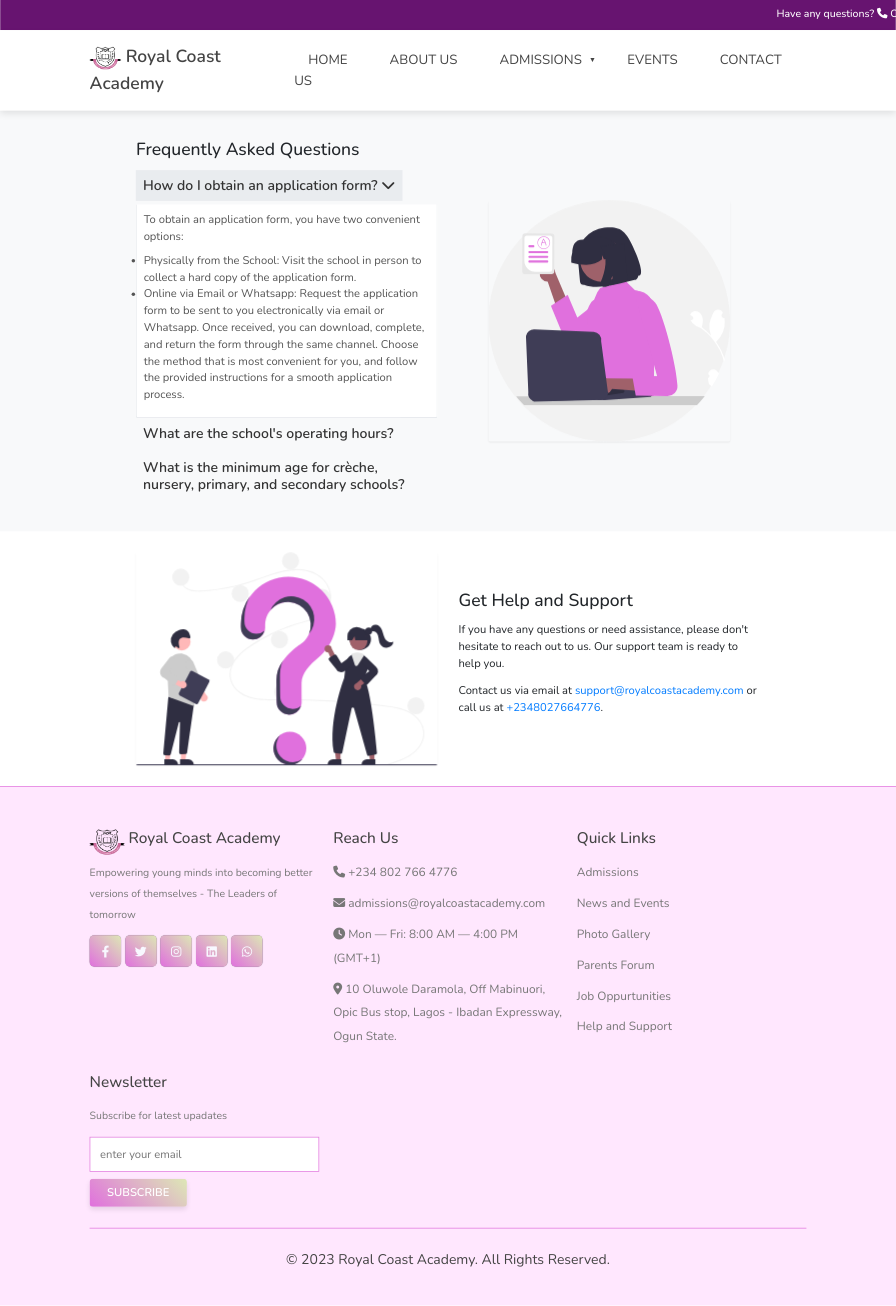
Repository: AdeniranZion/RC-Academy
Page: http://localhost/faq.php
These files come from the project's save history. The page is drawn as it stood at one moment and after the next save; the edit follows.
The browser window is 1280 px wide. The pictures show the whole page, at 70% of full size.
Some web libraries are served in a nearby version. The page is run by PHP 8.4 with error messages shown; the project is at /var/www/html/.

Above is the page before, as saved 2024-06-24 07:12:24.
Console error: TypeError: Cannot set properties of null (setting 'onclick')

### faq.php
<?php include_once "partials/header.php"; ?>

<style>
    /* Style for Accordion Headers */
    .accordion-button {
        background-color: #f8f9fa; /* Background color of accordion headers */
        color: #333; /* Text color of accordion headers */
        border: none; /* Remove default border */
        border-radius: 0; /* Ensure no rounded corners */
        padding: 1rem; /* Padding around accordion button */
        text-align: left; /* Align text to the left */
        font-weight: 600; /* Bold font weight */
        transition: background-color 0.3s ease; /* Smooth transition for background color */
    }

    .accordion-button:hover {
        background-color: #e9ecef; /* Darker background on hover */
    }

    /* Style for Accordion Body */
    .accordion-body {
        background-color: #fff; /* Background color of accordion body */
        color: #555; /* Text color of accordion body */
        padding: 1rem; /* Padding inside accordion body */
        border: 1px solid #dee2e6; /* Border around accordion body */
        border-top: none; /* No top border */
        border-radius: 0 0 0.25rem 0.25rem; /* Rounded corners at the bottom */
    }

    /* Style for Active Accordion Button */
    .accordion-button:not(.collapsed) {
        background-color: #e9ecef; /* Background color when accordion is active */
    }
</style>


<section class="faq-section py-5 bg-light">
    <div class="container">
        <div class="row align-items-center">
            <div class="col-lg-6" data-aos="fade-right" style="margin: 10px 0;">
                <div class="faq-content">
                    <h1 class="mb-4 fw-bold">Frequently Asked Questions</h1>

                    <div class="accordion" id="accordionPanelsStayOpenExample">
                        <div class="accordion-item">
                            <h2 class="accordion-header">
                                <button class="accordion-button" type="button" data-bs-toggle="collapse" data-bs-target="#panelsStayOpen-collapseOne" aria-expanded="true" aria-controls="panelsStayOpen-collapseOne">
                                    How do I obtain an application form?
                                    <i class="fa-solid fa-chevron-down"></i>
                                </button>
                            </h2>
                            <div id="panelsStayOpen-collapseOne" class="accordion-collapse collapse show">
                                <div class="accordion-body">
                                    <p>To obtain an application form, you have two convenient options:</p>
                                    <ul>
                                        <li>Physically from the School: Visit the school in person to collect a hard copy of the application form.</li>
                                        <li>Online via Email or Whatsapp: Request the application form to be sent to you electronically via email or Whatsapp. Once received, you can download, complete, and return the form through the same channel. Choose the method that is most convenient for you, and follow the provided instructions for a smooth application process.</li>
                                    </ul>
                                </div>
                            </div>
                        </div>

                        <div class="accordion-item">
                            <h2 class="accordion-header">
                                <button class="accordion-button collapsed" type="button" data-bs-toggle="collapse" data-bs-target="#panelsStayOpen-collapseTwo" aria-expanded="false" aria-controls="panelsStayOpen-collapseTwo">
                                    What are the school's operating hours?
                                </button>
                            </h2>
                            <div id="panelsStayOpen-collapseTwo" class="accordion-collapse collapse">
                                <div class="accordion-body">
                                    <p>Our school operates from Monday to Friday, 8:00 AM to 4:00 PM.</p>
                                </div>
                            </div>
                        </div>

                        <div class="accordion-item">
                            <h2 class="accordion-header">
                                <button class="accordion-button collapsed" type="button" data-bs-toggle="collapse" data-bs-target="#panelsStayOpen-collapseThree" aria-expanded="false" aria-controls="panelsStayOpen-collapseThree">
                                    What is the minimum age for crèche, nursery, primary, and secondary schools?
                                </button>
                            </h2>
                            <div id="panelsStayOpen-collapseThree" class="accordion-collapse collapse">
                                <div class="accordion-body">
                                    <p>At our nursery level, children are admitted into Pre-K 1 from 15 months old, while those of Reception 1 are admitted from age 3. Year 1 pupils are admitted from age 5 or 6. For our secondary schools, prospective learners are expected to have completed year six or at least attained the age of 10 in year 5.</p>
                                    <p>Please Note: We do not admit pupils and students into Years 6, 9, and 12, as these are terminal classes. However, exceptions apply for applicants emigrating from outside Nigeria OR Lagos state (with proof).</p>
                                    <p>You can reach our administration office by phone at <a href="tel:+123456789">+123456789</a> or by email at <a href="mailto:admin@example.com">admin@example.com</a>.</p>
                                </div>
                            </div>
                        </div>
                    </div>
                </div>
            </div>

            <div class="col-lg-6" data-aos="fade-left" data-aos-duration="1100">
                <div class="support-illustration text-center">
                    <img src="images/undraw_teacher_re_sico.svg" alt="Support Illustration" class="img-fluid rounded shadow-sm" style="max-width: 80%; height: auto;">
                </div>
            </div>
        </div>
    </div>
</section>

<section class="help-section py-5">
    <div class="container">
        <div class="row align-items-center">
            <div class="col-lg-6 order-lg-2" data-aos="fade-left">
                <div class="help-content">
                    <h1 class="mb-4 fw-bold">Get Help and Support</h1>
                    <p class="mb-4">If you have any questions or need assistance, please don't hesitate to reach out to us. Our support team is ready to help you.</p>
                    <p class="mb-4">Contact us via email at <a href="mailto:yemideniran@gmail.com">support@royalcoastacademy.com</a> or call us at <a href="tel:+123456789">+2348027664776</a>.</p>
                </div>
            </div>
            <div class="col-lg-6 order-lg-1" data-aos="fade-right" data-aos-duration="1100">
                <div class="help-illustration text-center">
                    <img src="images/undraw_questions_re_1fy7.svg" alt="Help Illustration" class="img-fluid rounded shadow-sm">
                </div>
            </div>
        </div>
    </div>
</section>

<?php include_once "partials/footer.php"; ?>

<!-- Bootstrap Bundle with Popper.js for Bootstrap 5 Accordion -->
<script src="https://cdn.jsdelivr.net/npm/@popperjs/core@2.11.6/dist/umd/popper.min.js"></script>
<script src="https://cdn.jsdelivr.net/npm/bootstrap@5.3.0/dist/js/bootstrap.bundle.min.js"></script>

<!-- Initialize AOS -->
<script>
    AOS.init();
</script>

### partials/header.php
 <!--HTML BEGINS-->
<!doctype html>
<html lang="en">
  <head>

  <script src="https://cdn.jsdelivr.net/npm/aos@2.3.4/dist/aos.js"></script>
  <link rel="stylesheet" href="https://cdn.jsdelivr.net/npm/aos@2.3.4/dist/aos.css">
<link rel="stylesheet" href="css/qlstyle.css">
<link rel="stylesheet" href="https://cdn.jsdelivr.net/npm/bootstrap@4.5.3/dist/css/bootstrap.min.css" integrity="sha384-TX8t27EcRE3e/ihU7zmQxVncDAy5uIKz4rEkgIXeMed4M0jlfIDPvg6uqKI2xXr2" crossorigin="anonymous">
<link rel="stylesheet" href="https://cdn.jsdelivr.net/npm/bootstrap-icons@1.11.3/font/bootstrap-icons.min.css">
<link rel="stylesheet" href="https://cdnjs.cloudflare.com/ajax/libs/font-awesome/6.3.0/css/all.min.css">
<link rel="stylesheet" href="https://unpkg.com/swiper@7/swiper-bundle.min.css">


  <title>Royal Coast Academy</title>
    <!-- Required meta tags -->
    <meta charset="UTF-8">
   <meta http-equiv="X-UA-Compatible" content="IE=edge">
   <meta name="viewport" content="width=device-width, initial-scale=1.0">



   <!-- swiper css link  -->
   <link rel="stylesheet" href="https://unpkg.com/swiper@7/swiper-bundle.min.css" />
   <link rel="stylesheet" href="https://fontawesome.com/icons/phone?s=solid&f=classic" />

   <!-- custom css file link  -->
   <link rel="stylesheet" href="css/style.css">
   <link rel="stylesheet" href="css/aos.css">



<!-- //Go to top Button -->
<button onclick="topFunction()" class="top-btn" id="myBtn" title="Go to top"><img width="50%" src="images/chevron_up1.png" alt=""></button>
</head>

<body>


<!-- header section starts  -->
<div class="scroll-div">
    <div class="scroll-wrapper">
      <div class="scroll-text">
        <h1>Have any questions? <i class="fa-solid fa-phone"></i> Call us on +2348027664776 +2347059695895 +2349030009521 <i class="fa-solid fa-envelope"></i> royalcoastacademy@gmail.com or <i class="fa-solid fa-location-dot"></i> Visit us @ 10 Oluwole Daramola Crescent, Isheri Oke 102109, Ojodu Berger, Ogun State.</h1>
      </div>
    </div>
  </div>



<header class="header">


   <a href="#" class="logo">
      <img src="images/RCALogo.png" width="45" alt="Royal Coast Academy Logo">
      Royal Coast Academy
   </a>


   <nav class="navbar">

         <div id="close-navbar" class="fa-sharp fa-solid fa-xmark"></div>

         <?php
            $file_names = ['index.php', 'calendar.php', 'contact.php', 'about.php', 'courses.php', 'admissions.php', 'admission_form.php'];
            $current_page = basename($_SERVER['PHP_SELF']);
            $links = array(
               array('text' => 'HOME', 'href' => 'index.php'),
               array('text' => 'ABOUT US', 'href' => 'about.php'),
               array('text' => 'ADMISSIONS', 'href' => 'admissions.php'),
               array('text' => 'EVENTS', 'href' => 'calendar.php'),
               array('text' => 'CONTACT US', 'href' => 'contact.php'),
            );

            echo '<nav>'; // Start the navigation container

            foreach ($links as $link) {
               // Check if the link is the current page or if it's the admissions link when on admission_form.php
               $style = ($link['href'] == $current_page || ($link['href'] == 'admissions.php' && $current_page == 'admission_form.php')) ? 'style="color: #e070dd;"' : '';

               if ($link['text'] == 'ADMISSIONS') {
                  echo '<div class="dropdown">';
                  echo '<a href="' . $link['href'] . '" ' . $style . '>' . $link['text'] . '</a>';
                  echo '<div class="dropdown-content">';

                  // Set style for dropdown links, excluding the current page
                  echo '<a href="admission_form.php"' . ($current_page == 'admission_form.php' ? ' style="color: #e070dd;"' : '') . '>Admission Form</a>';
                  echo '<a href="admissions.php"' . ($current_page == 'admissions.php' ? ' style="color: #e070dd;"' : '') . '>Admission Details</a>';

                  echo '</div>';
                  echo '</div>';
               } else {
                     echo '<a href="' . $link['href'] . '" ' . $style . '>' . $link['text'] . '</a>';
               }
             }

            echo '</nav>'; // End the navigation container
?>





   </nav>

   <div class="icons">
      <div id="menu-btn" class="fa-solid fa-bars"></div>
   </div>

</header>


<script>
    AOS.init({
        duration: 800, // animation duration in milliseconds
        offset: 200, // offset (in pixels) from the top of the page for the start of the animation
        easing: 'ease-out', // easing function to use for the animation
        once: true, // only animate elements once on page load
    });

      // Refresh AOS on scroll event
      window.addEventListener('scroll', function() {
      AOS.refresh();
});
  </script>

</body>

### partials/footer.php
<!-- footer section starts  -->


<section class="footer">

   <div class="box-container">

      <div class="box">
         <h3> <img style="margin-bottom: -3%;" src="images/RCALogo.png" width="50"> Royal Coast Academy </h3>
         <p>Empowering young minds into becoming better versions of themselves - The Leaders of tomorrow</p>
         <div class="share">
            <a href="#" class="fa-brands fa-facebook-f"></a>
            <a href="#" class="fa-brands fa-twitter"></a>
            <a href="https://www.instagram.com/royalcoastacademy/" class="fa-brands fa-instagram"></a>
            <a href="#" class="fa-brands fa-linkedin"></a>
            <a href="https://wa.me/+2348027664776" class="fa-brands fa-whatsapp"></a>
         </div>
      </div>

      <div class="box">
         <h3>Reach Us</h3>
         <a href="tel:+2348027664776" class="link"><i class="fa-solid fa-phone"></i> <span> +234 802 766 4776</span></a>
         <a href="mailto:admissions@schoolname.com" class="link"><i class="fa-sharp fa-solid fa-envelope"></i> admissions@royalcoastacademy.com</a>
         <a class="link"><i class="fa-solid fa-clock"></i><span> Mon — Fri: 8:00 AM — 4:00 PM (GMT+1)
         </span></a>
         <a href="https://www.google.com/maps/place/Royal+Coast+Academy/@6.6436294,3.3875633,17z/data=!4m15!1m8!3m7!1s0x103b937ae5824571:0xccc23bd1c27304eb!2s10+Oluwole+Daramola+Cres,+Isheri+Oke+102109,+Ojodu+Berger,+Ogun+State!3b1!8m2!3d6.6436294!4d3.3875633!16s%2Fg%2F11sk8n63bg!3m5!1s0x103b9320de5d0e97:0x8af30d24481b53f6!8m2!3d6.6436294!4d3.3875633!16s%2Fg%2F11smwgcrfj" class="link"><i class="fa-solid fa-location-dot"></i><span> 10 Oluwole Daramola, Off Mabinuori, Opic Bus stop, Lagos - Ibadan Expressway, Ogun State.</span></a>
      </div>

      <div class="box">
         <h3>Quick links</h3>
         <a href="admissions.php" class="link">Admissions</a>
         <a href="calendar.php" class="link">News and Events</a>
         <a href="photogallery.php" class="link">Photo Gallery</a>
         <a href="unavailable.php" class="link">Parents Forum</a>
         <a href="unavailable.php" class="link">Job Oppurtunities</a>
         <a href="faq.php" class="link">Help and Support</a>
      </div>

      <div class="box">
         <h3>newsletter</h3>
         <p>Subscribe for latest upadates</p>
         <form action="">
            <input type="email" name="" placeholder="enter your email" id="" class="email">
            <input type="submit" value="subscribe" class="btn">
         </form>
      </div>

   </div>

   <div class="credit">&copy; <?php echo date("Y");?> Royal Coast Academy. all rights reserved. </div>

</section>

<!-- footer section ends -->







<!-- swiper js link  -->
<script src="https://unpkg.com/swiper@7.4.1/swiper-bundle.min.js"></script>

<!-- custom js file link  -->
<script src="js/script.js"></script>
<script src="js/aos.js"></script>

### css/qlstyle.css
    * {
  margin: 0;
  padding: 0;
  box-sizing: border-box;
}

body {
  background-color: #fff;
}

header {
  position: fixed;
  top: 0;
  left: 0;
  width: 100%;
  background-color: #000;
  padding: 20px;
  z-index: 1;
}

nav ul {
  display: flex;
  justify-content: space-between;
  align-items: center;
}

nav li {
  list-style: none;
}

nav a {
  color: #000;
  font-size: 1.5rem;
  text-decoration: none;
  padding: 10px 20px;
  border-radius: 5px;
  transition: all 0.3s ease;
}

nav a:hover {
  background-color: #000;
  color: #ffffff;
}

.hero {
  height: 100vh;
  display: flex;
  flex-direction: column;
  justify-content: center;
  align-items: center;
  color: #666566;
  text-align: center;
  position: relative;
  overflow: hidden;
}

.hero::before {
  content: "";
  position: absolute;
  top: -50%;
  left: -50%;
  width: 200%;
  height: 200%;
  background-color: rgba(255,255,255,0.1);
  transform: rotate(45deg);
  z-index: -1;
}

.hero h1 {
  font-size: 5.5rem;
  font-weight: 700;
  margin-bottom: 20px;
  text-shadow: 0 0 5px #edccf0;
}

.hero p {
  font-size: 2rem;
  font-weight: 300;
  margin-bottom: 30px;
  text-shadow: 0 0 10px rgba(255,255,255,0.5);
}

.btn2 {
  background-color: #f6eff7;
  color: #000;
  font-size: 1.6rem;
  padding: 10px 20px;
  border-radius: 5px;
  text-decoration: none;
  transition: all 0.3s ease;
  box-shadow: 0 0 10px rgb(201, 201, 201);
}

.btn2:hover {
  background-color: #edccf0;
  color: #000;
  border: #edccf0;
}

.info {
  padding: 100px 0;
  text-align: center;
  color: #fff;
  position: relative;
  overflow: hidden;
}

.info::before {
  content: "";
  position: absolute;
  top: -50%;
  left: -50%;
  width: 200%;
  height: 200%;
  background-color: rgba(255,255,255,0.1);
  transform: rotate(45deg);
  z-index: -1;
}

.info h2 {
  font-size: 3rem;
  font-weight: 700;
  margin-bottom: 20px;
  text-shadow: 0 0 10px rgba(255,255,255,0.5);
}

.info p {
  font-size: 1.5rem;
  font-weight: 300;
  margin-bottom: 30px;
  text-shadow: 0 0 10px rgba(255,255,255,0.5);
}

.info ul {
  list-style: none;
  display: flex;
  justify-content: space-between;
  align-items: center;
  margin-bottom: 30px;
}

.info ul li {
  font-size: 1.2rem;
}

.floating-objects {
  position: fixed;
  top: 0;
  left: 0;
  width: 100%;
  height: 100%;
  z-index: -1;
  display: grid;
  grid-template-columns: repeat(6, 1fr);
  grid-template-rows: repeat(4, 1fr);
  opacity: 10%;
}

.floating-object {
  width: 60px;
  height: 60px;
  background-color: #000;
  opacity: 0.6;
  position: relative;
  animation: float 12s ease-in-out infinite;
}

.floating-object:nth-child(1) {
  grid-column: 3 / span 2;
  grid-row: 1 / span 2;
  animation-name: float-right-down;
}

.floating-object:nth-child(2) {
  grid-column: 2 / span 2;
  grid-row: 2 / span 2;
  animation-name: float-left-down;
  background-color: #9e39a3;
}

/* red */
.floating-object:nth-child(3) {
  grid-column: 4 / span 2;
  grid-row: 3 / span 2;
  animation-name: float-left-up;
  width: 100px;
  height: 100px;
  background-color: red;
  clip-path: polygon(50% 0%, 100% 20%, 100% 80%, 50% 100%, 0% 80%, 0% 20%);
  opacity: 0.7;
  border: 2px solid #000;
  border-radius: 30px;
}
.floating-object:nth-child(4) {
  grid-column: 6 / span 2;
  grid-row: 4 / span 3;
  animation-name: float-left-down;

}

.floating-object:nth-child(5) {
  grid-column: 6 / span 2;
  grid-row: 1 / span 2;
  animation-name: float-right-up;
  width: 150px;
  height: 150px;
  background-color: transparent;
  opacity: 0.7;
  border: 1px solid #000;

}

.floating-object:nth-child(6) {
  grid-column: 4 / span 2;
  grid-row: 2 / span 3;
  animation-name: float-right-down;
  width: 250px;
  height: 250px;
  background-color: transparent;
  border: 2px solid #000;
  opacity: 0.1;
  box-shadow: 0 0 10px rgb(201, 201, 201);
}

.floating-object:nth-child(7) {
  grid-column: 3 / span 2;
  grid-row: 3 / span 3;
  animation-name: float-left-down;
  width: 250px;
  height: 250px;
  background-color: transparent;
  opacity: 0.7;
  border: 2px solid #000;
  border-radius: 50%;
  box-shadow: 0 0 50px rgb(201, 201, 201);
}

.floating-object:nth-child(8) {
  grid-column: 5 / span 2;
  grid-row: 2 / span 2;
  animation-name: float-right-down;
  width: 150px;
  height: 150px;
  background-color: #9e39a3;
  opacity: 0.7;
  border: 2px solid #9e39a3;
  border-radius: 50%;
}

/* red 2*/
.floating-object:nth-child(9) {
    grid-column: 1 / span 2;
    grid-row: 5 / span 2;
    animation-name: float-right-up;
    width: 350px;
    height: 350px;
    background-color: red;
    clip-path: polygon(50% 0%, 100% 20%, 100% 80%, 50% 100%, 0% 80%, 0% 20%);
    opacity: 0.2;
    border: 2px solid #000;
    border-radius: 30px;
  }


.hexagon {
    top: 30vh;
    left: 40%;
    position: absolute;
    margin: 0 auto;
    background-color: dodgerblue;
    border-radius: 10px;
    width: 100px;
    height: 63px;
    box-sizing: border-box;
    transition: all 1s;
    border: 0.4vh solid transparent;
    grid-column: 4 / span 2;
    grid-row: 3 / span 2;
    animation-name: float-right-up;
    width: 60px;
    height: 60px;
    background-color: #fff;
    opacity: 0.6;
    position: relative;
    animation: float 6s ease-in-out infinite;
}

@keyframes float-right-down {
  0% {
    transform: translateX(0px) translateY(0px);
  }
  50% {
    transform: translateX(50px) translateY(50px);
  }
  100% {
    transform: translateX(0px) translateY(0px);
  }
}

@keyframes float-left-down {
  0% {
    transform: translateX(0px) translateY(0px);
  }
  50% {
    transform: translateX(-50px) translateY(50px);
  }
  100% {
    transform: translateX(0px) translateY(0px);
  }
}

@keyframes float-right-up {
  0% {
    transform: translateX(0px) translateY(0px);
  }
  50% {
    transform: translateX(50px) translateY(-50px);
  }
  100% {
    transform: translateX(0px) translateY(0px);
  }
}

@keyframes float-left-up {
  0% {
    transform: translateX(0px) translateY(0px);
  }
  50% {
    transform: translateX(-50px) translateY(-50px);
  }
  100% {
    transform: translateX(0px) translateY(0px);
  }
}

.hexagon {
    top: 30vh;
    left: 40%;
    position: absolute;
    margin: 0 auto;
    background-color: dodgerblue;
    border-radius: 10px;
    width: 100px;
    height: 63px;
    box-sizing: border-box;
    transition: all 1s;
    border: 0.4vh solid transparent;
}

/* Creating pseudo-class */
.hexagon:before, .hexagon:after {
    content: "";
    border: inherit;
    position: absolute;
    top: -0.5vh;
    left: -0.5vh;
    background-color: dodgerblue;
    border-radius: inherit;
    height: 100%;
    width: 100%;
}

/* Align them in such a way
that they form a hexagon */
.hexagon:before {
    transform: rotate(60deg);
}
.hexagon:after {
    transform: rotate(-60deg);
}

### css/aos.css
/* Fade-in from the right animation */
[data-aos="fade-right"] {
    opacity: 0;
    transform: translateX(100px);
    transition: opacity 0.6s ease-out, transform 0.6s ease-out;
  }

  [data-aos="fade-right"].aos-animate {
    opacity: 1;
    transform: translateX(0);
  }

Loaded but not shown: images/undraw_questions_re_1fy7.svg (1 lines, source omitted); images/undraw_teacher_re_sico.svg (1 lines, source omitted); js/script.js (156 lines, source omitted); js/aos.js (24 lines, source omitted); css/style.css (1695 lines, source omitted)

After the next save:
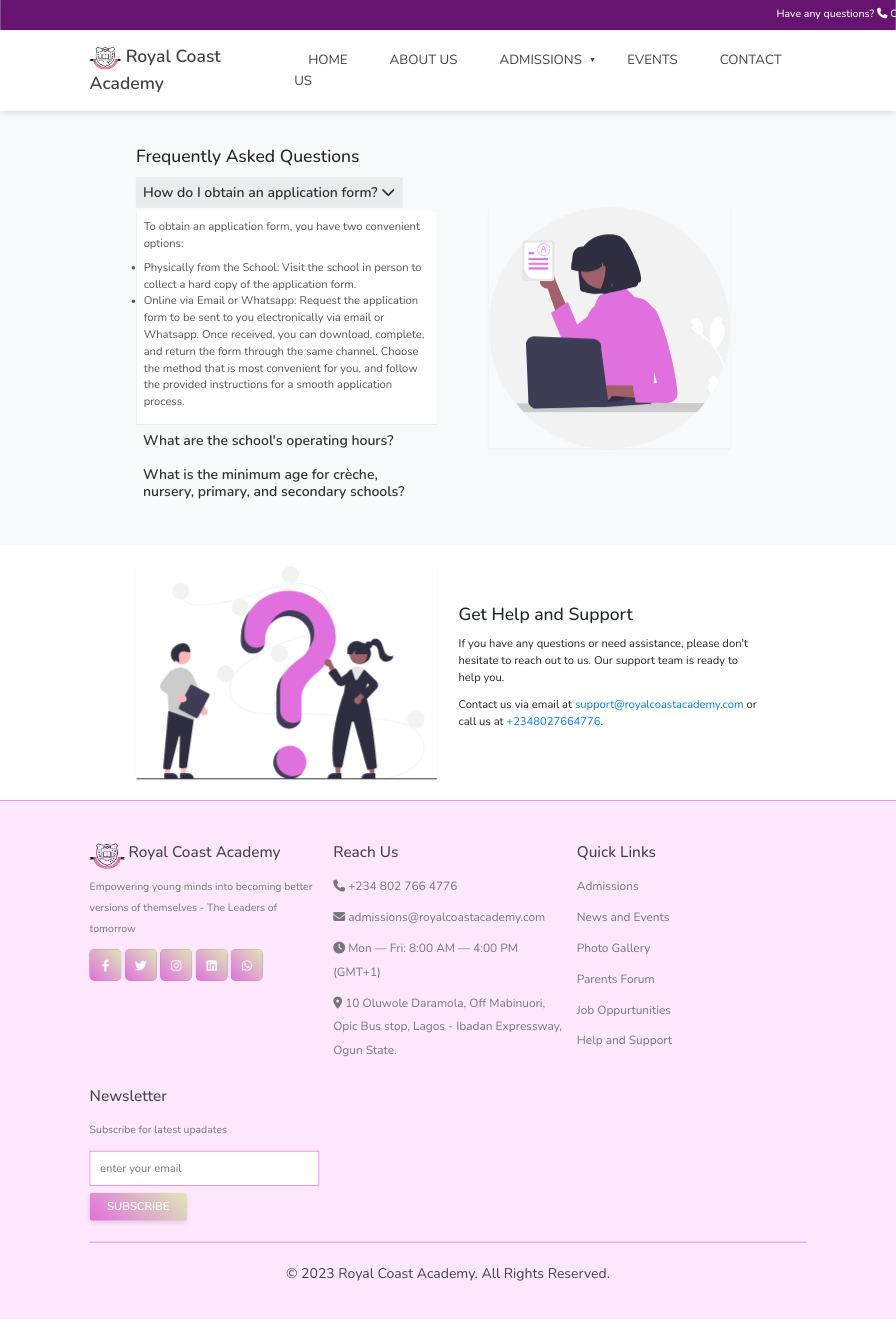
Saved 33 s later.
--- a/faq.php
+++ b/faq.php
@@ -37,7 +37,7 @@
 <section class="faq-section py-5 bg-light">
     <div class="container">
         <div class="row align-items-center">
-            <div class="col-lg-6" data-aos="fade-right" style="margin: 10px 0;">
+            <div class="col-lg-6" data-aos="fade-right" style="margin: 20px 0;">
                 <div class="faq-content">
                     <h1 class="mb-4 fw-bold">Frequently Asked Questions</h1>
 
